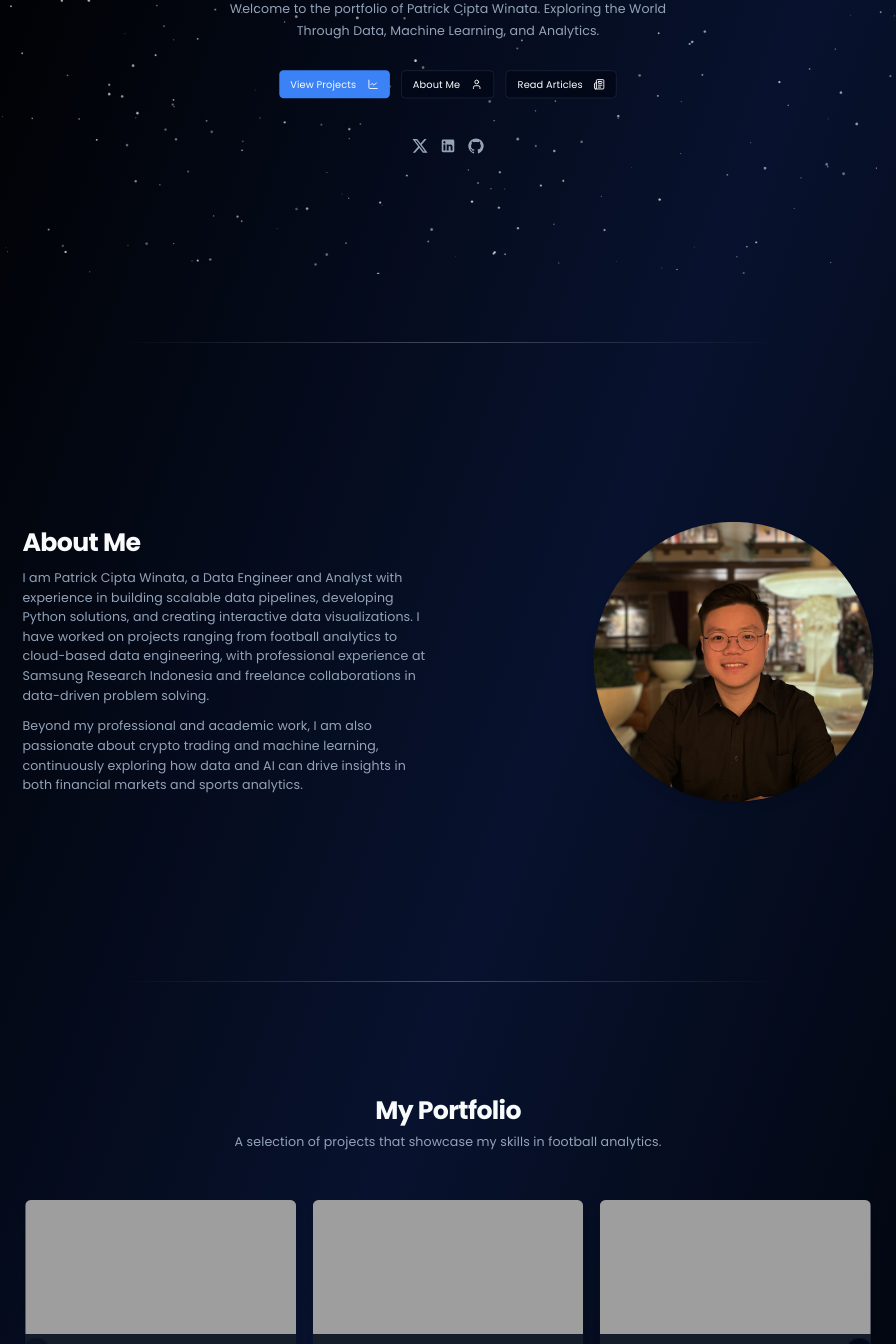
Repository: patrick-cw/my-portfolio
Page: /
These files come from the project's save history. The page is drawn as it stood at one moment and after the next save; the edit follows.
The browser window is 1280 px wide. The pictures show the part of the page from y = 329 to 2249 px (the page is 3545 px tall), at 70% of full size.
Pictures or frames that could not be fetched are drawn as grey boxes. The project was rebuilt for these pictures with package versions that can differ from the ones it lists, and the page was loaded fresh each time. The framework's server and built-in components were replaced by stand-ins that run in the browser. Also part of the build but not shown: next.config.ts.

Above is the page before, as saved 2025-08-31 01:26:26.

### src/app/layout.tsx
import type {Metadata} from 'next';
import './globals.css';
import { Toaster } from "@/components/ui/toaster";
import { cn } from '@/lib/utils';
import Particles from '@/components/particles';
import Header from '@/components/header';
import Footer from '@/components/footer';
import ThemeRegistry from '@/components/ThemeRegistry';

export const metadata: Metadata = {
  title: "Patrick's Portfolio",
  description: 'A portfolio showcasing football analytics projects, articles, and more.',
};

export default function RootLayout({
  children,
}: Readonly<{
  children: React.ReactNode;
}>) {
  return (
    <html lang="en" className="dark" style={{scrollBehavior: 'smooth'}}>
      <head>
        <link rel="preconnect" href="https://fonts.googleapis.com" />
        <link rel="preconnect" href="https://fonts.gstatic.com" crossOrigin="anonymous" />
        <link href="https://fonts.googleapis.com/css2?family=Poppins:wght@400;600;700&display=swap" rel="stylesheet" />
      </head>
      <body className={cn("min-h-screen font-body antialiased bg-background")}>
        <ThemeRegistry>
          <div className="relative z-0 flex min-h-screen flex-col bg-gradient-to-br from-black via-blue-900/20 to-black">
            <Particles />
            <Header />
            <main className="flex-1">{children}</main>
            <Footer />
          </div>
          <Toaster />
        </ThemeRegistry>
      </body>
    </html>
  );
}

### src/app/page.tsx
import { Button } from "@/components/ui/button";
import { User, LineChart, Newspaper, ArrowDown } from "lucide-react";
import LinkedInIcon from '@mui/icons-material/LinkedIn';
import XIcon from '@mui/icons-material/X';
import GitHubIcon from '@mui/icons-material/GitHub';
import Image from "next/image";
import Link from "next/link";
import { Carousel, CarouselContent, CarouselItem, CarouselNext, CarouselPrevious } from "@/components/ui/carousel";

function FadingSeparator() {
  return (
    <div className="relative my-24 h-px w-full bg-transparent">
      <div className="absolute left-1/2 top-0 h-px w-3/4 -translate-x-1/2 bg-gradient-to-r from-transparent via-white opacity-25 to-transparent" />
    </div>
  )
}

// About Section Component
function AboutSection() {
  return (
    <section id="about" className="relative min-h-screen flex flex-col justify-center">
      <div className="container">
        <div className="grid grid-cols-1 items-center gap-y-16 lg:grid-cols-2 lg:gap-x-16">
          <div>
            <div className="max-w-xl">
              <h2 className="text-3xl font-bold tracking-tight text-foreground sm:text-4xl font-headline">About Me</h2>
              <p className="mt-4 text-lg text-muted-foreground">
                I am Patrick Cipta Winata, a Data Engineer and Analyst with experience in building scalable data pipelines, developing Python solutions, and creating interactive data visualizations. I have worked on projects ranging from football analytics to cloud-based data engineering, with professional experience at Samsung Research Indonesia and freelance collaborations in data-driven problem solving.
              </p>
              <p className="mt-4 text-lg text-muted-foreground">
                Beyond my professional and academic work, I am also passionate about crypto trading and machine learning, continuously exploring how data and AI can drive insights in both financial markets and sports analytics.
              </p>
            </div>
          </div>
          <div className="flex justify-center lg:justify-end">
            <Image
              src="/images/face.JPG"
              alt="Patrick Cipta Winata"
              width={400}
              height={400}
              className="rounded-full object-cover shadow-lg"
              data-ai-hint="portrait man"
            />
          </div>
        </div>
      </div>
    </section>
  );
}

// Portfolio Section Component
function PortfolioSection() {
  const projects = [
    {
      title: "xG-Based Performance Analysis",
      description: "A deep dive into Expected Goals (xG) metrics to evaluate striker efficiency across Europe's top 5 leagues.",
      image: "https://picsum.photos/600/400?random=1",
      tags: ["Data Analysis", "Python", "Tableau"],
      link: "/portfolio/xg-based-performance-analysis",
      imageHint: "soccer chart"
    },
    {
      title: "Defensive Actions Mapping",
      description: "Visualizing defensive actions (tackles, interceptions) to identify team pressing styles and defensive solidity.",
      image: "https://picsum.photos/600/400?random=2",
      tags: ["Data-Viz", "R", "Statistics"],
      link: "/portfolio/defensive-actions-mapping",
      imageHint: "soccer field"
    },
    {
      title: "Passing Network Analysis",
      description: "Analyzing passing networks to understand team shape, key player connections, and ball progression patterns.",
      image: "https://picsum.photos/600/400?random=3",
      tags: ["Network Analysis", "Gephi", "Tableau"],
      link: "/portfolio/passing-network-analysis",
      imageHint: "soccer tactics"
    },
    {
      title: "Player Recruitment Model",
      description: "A data-driven model to identify undervalued players based on performance metrics and market values.",
      image: "https://picsum.photos/600/400?random=4",
      tags: ["Machine Learning", "Python", "Scouting"],
      link: "/portfolio/player-recruitment-model",
      imageHint: "soccer player celebrating"
    },
    {
      title: "Interactive Shot Map Dashboard",
      description: "A web-based dashboard allowing users to explore shot data from various competitions interactively.",
      image: "https://picsum.photos/600/400?random=5",
      tags: ["Web Dev", "React", "D3.js"],
      link: "/portfolio/interactive-shot-map-dashboard",
      imageHint: "soccer dashboard"
    },
    {
      title: "Tactical Formations Analysis",
      description: "A comprehensive study of the 4-3-3 vs 4-4-2 formations, showcasing strengths and weaknesses with data visualization.",
      image: "https://picsum.photos/600/400?random=6",
      tags: ["Tactics", "Data-Viz", "Analysis"],
      link: "/portfolio/tactical-formations-analysis",
      imageHint: "soccer strategy board"
    }
  ];

  return (
    <section id="portfolio" className="relative min-h-screen flex flex-col justify-center">
        <div className="container">
          <div className="mx-auto max-w-3xl text-center">
            <h2 className="text-3xl font-bold tracking-tight text-foreground sm:text-4xl font-headline">My Portfolio</h2>
            <p className="mt-2 text-lg leading-8 text-muted-foreground">
              A selection of projects that showcase my skills in football analytics.
            </p>
          </div>
          <div className="mt-16">
            <Carousel
              opts={{
                align: "start",
                loop: false,
              }}
              className="w-full"
            >
              <CarouselContent>
                {projects.map((project) => (
                  <CarouselItem key={project.title} className="md:basis-1/2 lg:basis-1/3">
                    <div className="p-1 h-full">
                       <div className="group flex flex-col h-full overflow-hidden rounded-lg bg-card-highlight shadow-lg transition-all duration-300 hover:shadow-primary/20 hover:-translate-y-2">
                          <Link href={project.link} className="block shrink-0">
                            <Image
                              className="h-48 w-full object-cover"
                              src={project.image}
                              alt={project.title}
                              width={600}
                              height={400}
                              data-ai-hint={project.imageHint}
                            />
                          </Link>
                          <div className="flex flex-1 flex-col justify-between p-6">
                            <div className="flex-1">
                              <Link href={project.link} className="mt-2 block">
                                <p className="text-xl font-semibold text-foreground group-hover:text-primary transition-colors font-headline">{project.title}</p>
                                <p className="mt-3 text-base text-muted-foreground">{project.description}</p>
                              </Link>
                            </div>
                            <div className="mt-6 flex items-center">
                              <div className="flex space-x-1 text-sm text-muted-foreground">
                                {project.tags.map((tag) => (
                                  <span key={tag} className="inline-flex items-center rounded-full bg-secondary px-3 py-1 text-xs font-medium text-secondary-foreground">
                                    {tag}
                                  </span>
                                ))}
                              </div>
                            </div>
                          </div>
                        </div>
                    </div>
                  </CarouselItem>
                ))}
              </CarouselContent>
              <CarouselPrevious className="ml-12 h-10 w-10" />
              <CarouselNext className="mr-12 h-10 w-10"/>
            </Carousel>
          </div>
        </div>
    </section>
  );
}
// Articles Section Component
function ArticlesSection() {
  const articles = [
      {
        title: "The Evolution of the Modern Full-back",
        date: "July 15, 2024",
        excerpt: "From defensive stalwarts to attacking linchpins, we trace the tactical evolution of the full-back role in the modern game.",
        link: "/articles/evolution-of-the-modern-full-back",
      },
      {
        title: "Set-Piece Analytics: The Hidden Goldmine",
        date: "June 28, 2024",
        excerpt: "An in-depth look at how top-tier teams are using data analytics to gain a significant edge from corners and free-kicks.",
        link: "/articles/set-piece-analytics",
      },
      {
        title: "The Rise of Positional Play",
        date: "May 12, 2024",
        excerpt: "How philosophies popularised by Guardiola and Cruyff have come to dominate European football tactics.",
        link: "/articles/rise-of-positional-play",
      },
      {
        title: "Valuing Defensive Actions",
        date: "April 22, 2024",
        excerpt: "A new model for quantifying the impact of tackles, interceptions, and pressures beyond simple event counting.",
        link: "/articles/valuing-defensive-actions",
      },
      {
        title: "The Impact of High Pressing",
        date: "August 05, 2024",
        excerpt: "Exploring the data behind high-pressing strategies and their correlation with winning major trophies in modern football.",
        link: "/articles/impact-of-high-pressing",
      },
    ];

  return (
      <section id="articles" className="relative min-h-screen flex flex-col justify-center">
          <div className="container">
            <div className="mx-auto max-w-3xl text-center">
              <h2 className="text-3xl font-bold tracking-tight text-foreground sm:text-4xl font-headline">Latest Articles</h2>
              <p className="mt-2 text-lg leading-8 text-muted-foreground">
                My thoughts and findings on the world of football analytics.
              </p>
            </div>
            <div className="mt-16">
               <Carousel
                  opts={{
                    align: "start",
                    loop: false,
                  }}
                  className="w-full max-w-4xl mx-auto"
                >
                <CarouselContent>
                  {articles.map((article) => (
                    <CarouselItem key={article.title} className="md:basis-1/2">
                      <div className="p-1 h-full">
                        <article className="group flex h-full max-w-xl flex-col items-start justify-between rounded-lg bg-card-highlight p-6 transition-all duration-300 hover:bg-card/90 hover:-translate-y-2">
                          <div className="flex items-center gap-x-4 text-xs">
                            <time dateTime={article.date} className="text-muted-foreground">
                              {article.date}
                            </time>
                          </div>
                          <div className="group relative">
                            <h3 className="mt-3 text-lg font-semibold leading-6 text-foreground group-hover:text-primary transition-colors font-headline">
                              <Link href={article.link}>
                                <span className="absolute inset-0" />
                                {article.title}
                              </Link>
                            </h3>
                            <p className="mt-5 line-clamp-3 text-sm leading-6 text-muted-foreground">{article.excerpt}</p>
                          </div>
                        </article>
                      </div>
                    </CarouselItem>
                  ))}
                </CarouselContent>
                 <CarouselPrevious className="-left-12 h-10 w-10" />
                 <CarouselNext className="-right-12 h-10 w-10" />
              </Carousel>
            </div>
          </div>
      </section>
  );
}

export default function Home() {
  return (
    <>
      {/* Hero Section */}
      <section className="container flex min-h-[calc(100vh-3.5rem)] flex-col items-center justify-center text-center">
        <div className="flex-grow flex flex-col items-center justify-center">
          <h1 className="font-headline text-4xl font-bold tracking-tight text-foreground sm:text-6xl md:text-7xl">
          Patrick's Portfolio
          </h1>
          <p className="mt-6 text-lg leading-8 text-muted-foreground max-w-2xl mx-auto">
          Welcome to the portfolio of Patrick Cipta Winata. Exploring the World Through Data, Machine Learning, and Analytics.
          </p>
          <div className="mt-10 flex flex-col items-center justify-center gap-y-6">
            <div className="flex items-center justify-center gap-x-4 flex-wrap gap-y-4">
              <Button asChild>
                <Link href="/#portfolio">
                  View Projects <LineChart className="ml-2 h-4 w-4" />
                </Link>
              </Button>
               <Button variant="outline" asChild>
                <Link href="/#about">
                  About Me <User className="ml-2 h-4 w-4" />
                </Link>
              </Button>
              <Button variant="outline" asChild>
                <Link href="/#articles">
                  Read Articles <Newspaper className="ml-2 h-4 w-4" />
                </Link>
              </Button>
            </div>
            <div className="flex items-center gap-4 mt-8">
              <Link href="https://twitter.com" target="_blank" rel="noopener noreferrer" aria-label="Twitter">
                <XIcon className="h-6 w-6 text-muted-foreground transition-colors hover:text-foreground" />
              </Link>
              <Link href="https://linkedin.com" target="_blank" rel="noopener noreferrer" aria-label="LinkedIn">
                <LinkedInIcon className="h-6 w-6 text-muted-foreground transition-colors hover:text-foreground" />
              </Link>
              <Link href="https://github.com" target="_blank" rel="noopener noreferrer" aria-label="GitHub">
                <GitHubIcon className="h-6 w-6 text-muted-foreground transition-colors hover:text-foreground" />
              </Link>
            </div>
          </div>
        </div>
        <div className="absolute bottom-4 left-1/2 -translate-x-1/2 animate-bounce">
          <a href="#about" aria-label="Scroll to about section">
            <ArrowDown className="h-6 w-6 text-muted-foreground" />
          </a>
        </div>
      </section>
      <FadingSeparator />
      <AboutSection />
      <FadingSeparator />
      <PortfolioSection />
      <FadingSeparator />
      <ArticlesSection />
    </>
  );
}

### src/components/ui/toaster.tsx
"use client"

import { useToast } from "@/hooks/use-toast"
import {
  Toast,
  ToastClose,
  ToastDescription,
  ToastProvider,
  ToastTitle,
  ToastViewport,
} from "@/components/ui/toast"

export function Toaster() {
  const { toasts } = useToast()

  return (
    <ToastProvider>
      {toasts.map(function ({ id, title, description, action, ...props }) {
        return (
          <Toast key={id} {...props}>
            <div className="grid gap-1">
              {title && <ToastTitle>{title}</ToastTitle>}
              {description && (
                <ToastDescription>{description}</ToastDescription>
              )}
            </div>
            {action}
            <ToastClose />
          </Toast>
        )
      })}
      <ToastViewport />
    </ToastProvider>
  )
}

### src/components/header.tsx
import Link from "next/link";
import { Footprints } from "lucide-react";

export default function Header() {
  return (
    <header className="sticky top-0 z-50 w-full border-b border-border/40 bg-background/95 backdrop-blur supports-[backdrop-filter]:bg-background/60">
      <div className="container flex h-14 max-w-screen-2xl items-center">
        <Link href="/" className="mr-6 flex items-center space-x-2">
          <Footprints className="h-6 w-6 text-primary" style={{filter: 'drop-shadow(0 0 4px hsl(var(--primary)))'}}/>
          <span className="font-bold sm:inline-block font-headline">Goal Analysis Hub</span>
        </Link>
        <nav className="flex items-center gap-4 text-sm lg:gap-6">
          <Link href="/#about" className="text-foreground/60 transition-colors hover:text-foreground/80">
            About
          </Link>
          <Link href="/#portfolio" className="text-foreground/60 transition-colors hover:text-foreground/80">
            Portfolio
          </Link>
          <Link href="/#articles" className="text-foreground/60 transition-colors hover:text-foreground/80">
            Articles
          </Link>
        </nav>
      </div>
    </header>
  );
}

### src/components/footer.tsx
export default function Footer() {
    return (
      <footer className="border-t border-border/40 py-6 md:py-8">
        <div className="container flex flex-col items-center justify-between gap-4 md:flex-row">
          <p className="text-sm text-muted-foreground">
            © {new Date().getFullYear()} Patrick Cipta Winata. All rights reserved.
          </p>
        </div>
      </footer>
    );
  }

### src/components/ThemeRegistry.tsx
'use client';
import createCache from '@emotion/cache';
import { useServerInsertedHTML } from 'next/navigation';
import { CacheProvider } from '@emotion/react';
import { ThemeProvider } from '@mui/material/styles';
import CssBaseline from '@mui/material/CssBaseline';
import { createTheme } from '@mui/material/styles';
import React from 'react';

const theme = createTheme({
  palette: {
    mode: 'dark',
  },
});

// This implementation is from emotion-js
// https://github.com/emotion-js/emotion/issues/2928#issuecomment-1319747902
export default function ThemeRegistry(props: { children: React.ReactNode }) {
  const { children } = props;

  const [{ cache, flush }] = React.useState(() => {
    const cache = createCache({ key: 'mui-style' });
    cache.compat = true;
    const prevInsert = cache.insert;
    let inserted: string[] = [];
    cache.insert = (...args) => {
      const serialized = args[1];
      if (cache.inserted[serialized.name] === undefined) {
        inserted.push(serialized.name);
      }
      return prevInsert(...args);
    };
    const flush = () => {
      const prevInserted = inserted;
      inserted = [];
      return prevInserted;
    };
    return { cache, flush };
  });

  useServerInsertedHTML(() => {
    const names = flush();
    if (names.length === 0) {
      return null;
    }
    let styles = '';
    for (const name of names) {
      styles += cache.inserted[name];
    }
    return (
      <style
        key={cache.key}
        data-emotion={`${cache.key} ${names.join(' ')}`}
        dangerouslySetInnerHTML={{
          __html: styles,
        }}
      />
    );
  });

  return (
    <CacheProvider value={cache}>
      <ThemeProvider theme={theme}>
        <CssBaseline />
        {children}
      </ThemeProvider>
    </CacheProvider>
  );
}

Loaded but not shown: src/lib/utils.ts (common file); src/hooks/use-toast.ts (common file); src/components/ui/carousel.tsx (262 lines, source omitted); src/components/ui/toast.tsx (129 lines, source omitted); src/components/particles.tsx (147 lines, source omitted); tailwind.config.ts (107 lines, source omitted); src/app/globals.css (86 lines, source omitted); src/components/ui/button.tsx (56 lines, source omitted)

After the next save:
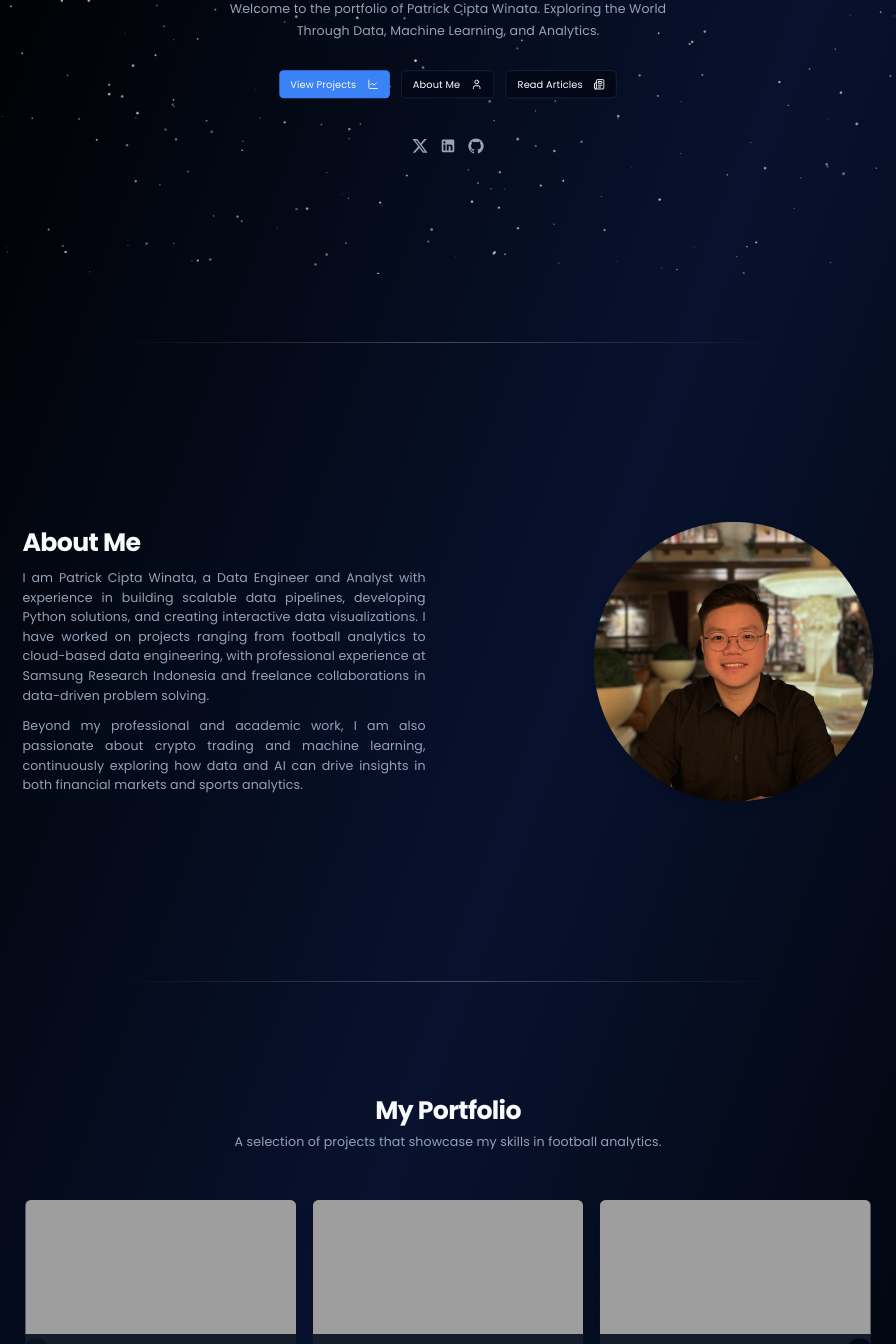
Saved 4 min 9 s later.
--- a/src/app/page.tsx
+++ b/src/app/page.tsx
@@ -20,14 +20,14 @@ function AboutSection() {
   return (
     <section id="about" className="relative min-h-screen flex flex-col justify-center">
       <div className="container">
-        <div className="grid grid-cols-1 items-center gap-y-16 lg:grid-cols-2 lg:gap-x-16">
+      <div className="grid grid-cols-1 items-center gap-y-16 lg:grid-cols-2 lg:gap-x-8">
           <div>
             <div className="max-w-xl">
               <h2 className="text-3xl font-bold tracking-tight text-foreground sm:text-4xl font-headline">About Me</h2>
-              <p className="mt-4 text-lg text-muted-foreground">
+              <p className="mt-4 text-lg text-muted-foreground text-justify">
                 I am Patrick Cipta Winata, a Data Engineer and Analyst with experience in building scalable data pipelines, developing Python solutions, and creating interactive data visualizations. I have worked on projects ranging from football analytics to cloud-based data engineering, with professional experience at Samsung Research Indonesia and freelance collaborations in data-driven problem solving.
               </p>
-              <p className="mt-4 text-lg text-muted-foreground">
+              <p className="mt-4 text-lg text-muted-foreground text-justify">
                 Beyond my professional and academic work, I am also passionate about crypto trading and machine learning, continuously exploring how data and AI can drive insights in both financial markets and sports analytics.
               </p>
             </div>
